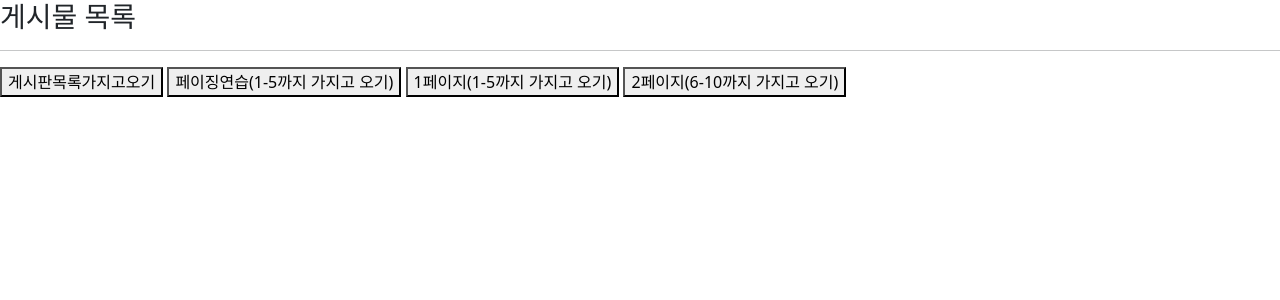
Repository: JayMon0327/Multicampus
Page: http://localhost/spring03/bbs3.jsp
The author's editor kept a copy of each file at every save. The page is drawn from the files as they stood at one save, then again after the next save.
The browser window is 1280 px wide. The pictures show the whole page.
The page is served by Tomcat 9. Nobody is signed in. The application's start-up code is not run.

Above is the page before, as saved 2022-12-08 01:38:01.

After the next save:
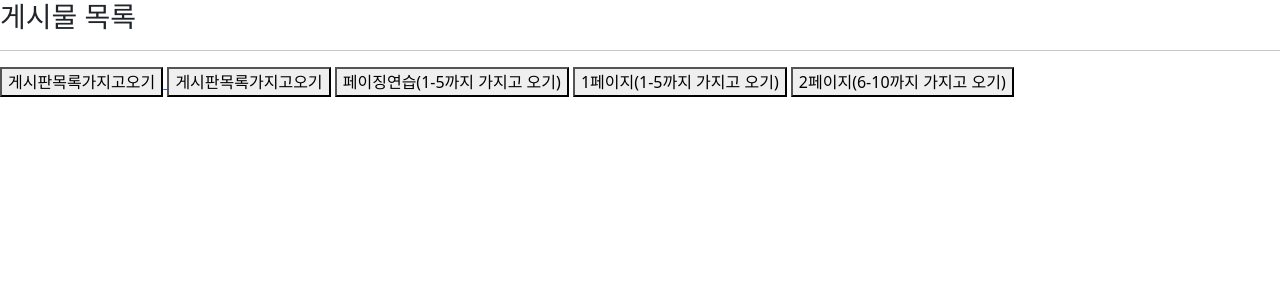
Saved 27 s later.
--- a/spring03/src/main/webapp/bbs3.jsp
+++ b/spring03/src/main/webapp/bbs3.jsp
@@ -61,7 +61,10 @@
 <body>
 <h3>게시물 목록</h3>
 <hr color="red">
-<button id ="b4">게시판목록가지고오기</button>
+<a href="bbsAll?page=1">
+	<button>게시판목록가지고오기</button>
+</a>
+<button>게시판목록가지고오기</button>
 <button id ="b1">페이징연습(1-5까지 가지고 오기)</button>
 <button id ="b2">1페이지(1-5까지 가지고 오기)</button>
 <button id ="b3">2페이지(6-10까지 가지고 오기)</button>

After the save that followed:
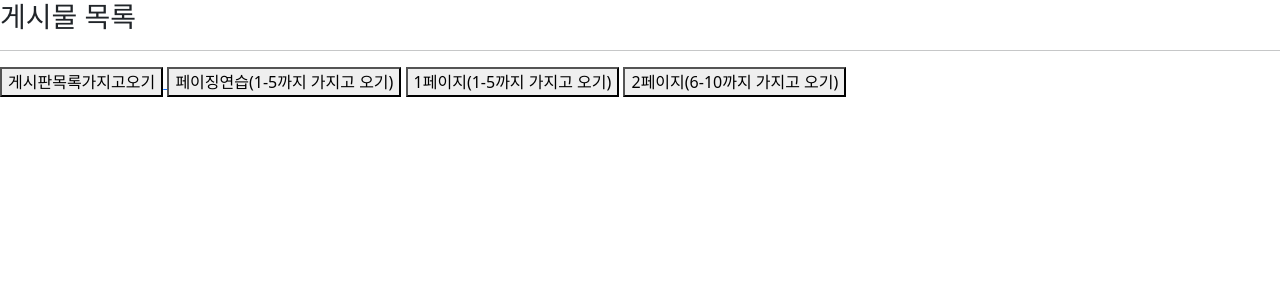
Saved 2 min 52 s later.
--- a/spring03/src/main/webapp/bbs3.jsp
+++ b/spring03/src/main/webapp/bbs3.jsp
@@ -64,7 +64,6 @@
 <a href="bbsAll?page=1">
 	<button>게시판목록가지고오기</button>
 </a>
-<button>게시판목록가지고오기</button>
 <button id ="b1">페이징연습(1-5까지 가지고 오기)</button>
 <button id ="b2">1페이지(1-5까지 가지고 오기)</button>
 <button id ="b3">2페이지(6-10까지 가지고 오기)</button>
